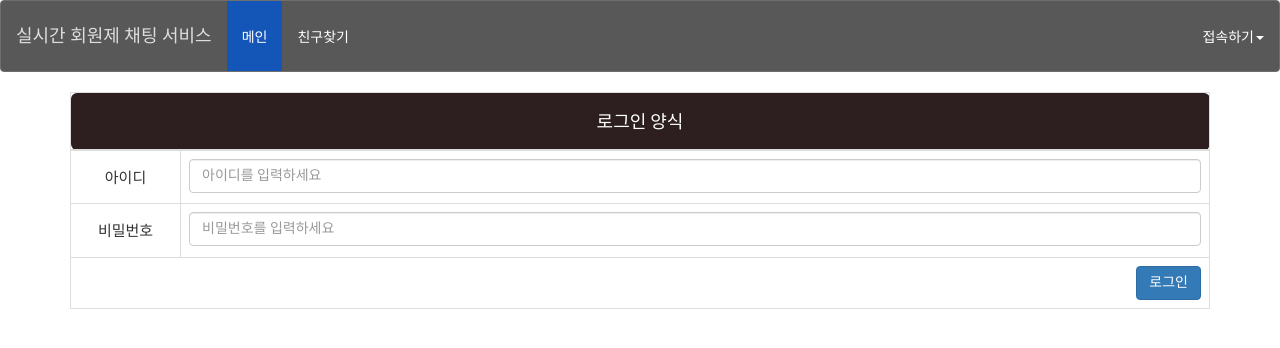
Repository: kkoseunghyun/javaAjaxChat
Page: http://localhost/UserChat/login.jsp
The author's editor kept a copy of each file at every save. The page is drawn from the files as they stood at one save, then again after the next save.
The browser window is 1280 px wide. The pictures show the whole page.
The pointer rests on the first visible `.navbar-default .navbar-brand`.
Some web fonts or font styles are not loaded; a fallback is used. Some web libraries are served in a nearby version. The page is served by Tomcat 9.

Above is the page before, as saved 2019-05-29 08:22:21.

After the next save:
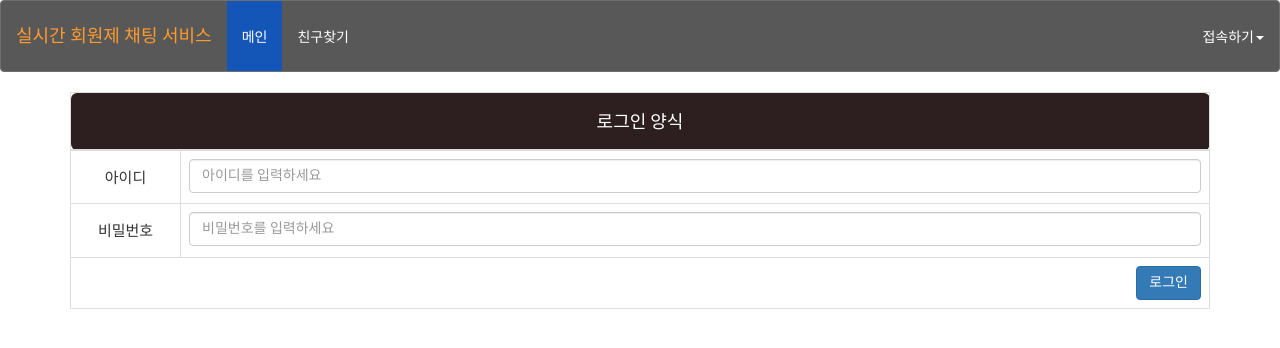
Saved 40 s later.
--- a/JspAjax/UserChat/WebContent/css/custom2.css
+++ b/JspAjax/UserChat/WebContent/css/custom2.css
@@ -27,7 +27,7 @@ a:hover{
 .navbar-default .navbar-brand:hover,
 .navbar-default .navbar-brand:focus{ /*내비게이션 제목에 마우스를 올렸을 때 */
     background-color: transparent;
-    color: #dddddd;
+    color: #FE9A2E;
 }
 .navbar-default .navbar-nav > .active > a,
 .navbar-default .navbar-nav > .active > a:hover,
